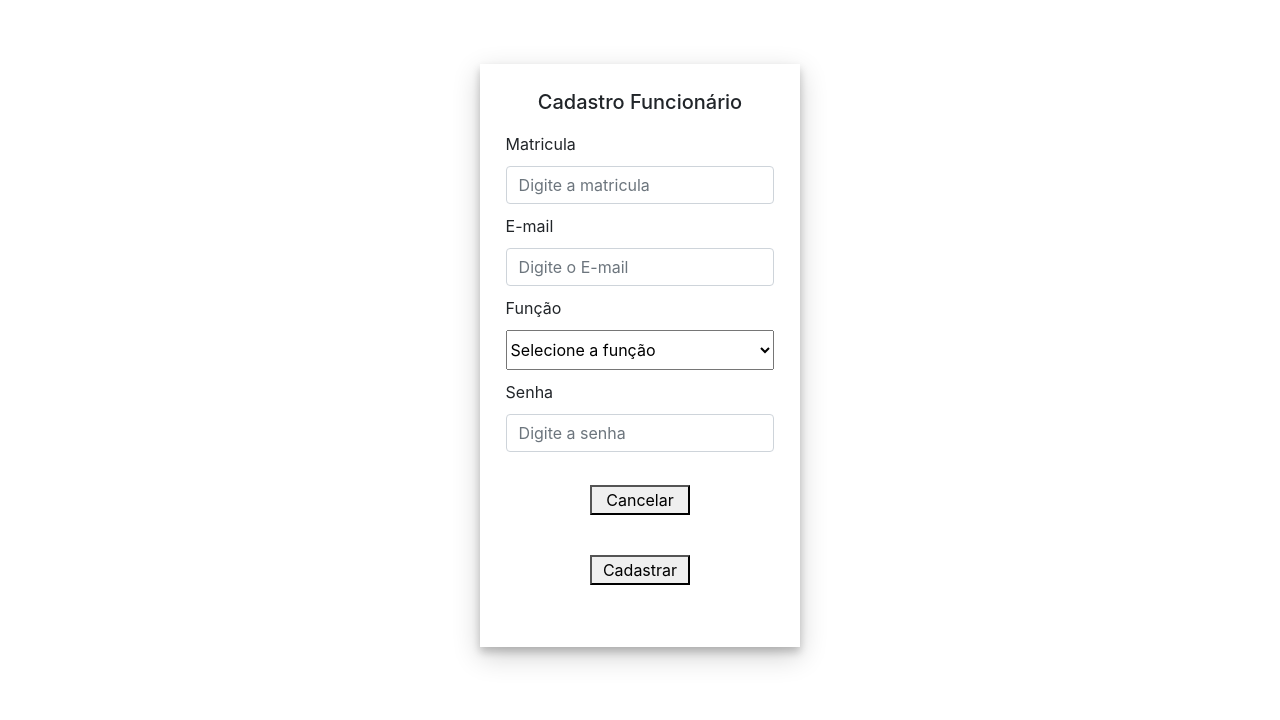
Repository: gabrielfeliphe/AssistenciaTecnica
Page: PI-AssistenciaTecnica/WebContent/pages/adm/funcao/cadastro_funcionario.html
The author's editor kept a copy of each file at every save. The page is drawn from the files as they stood at one save, then again after the next save.
The browser window is 1280 px wide. The pictures show the whole page.

Above is the page before, as saved 2021-11-08 12:54:58.
Console error: TypeError: Cannot read properties of undefined (reading 'fn')

After the next save:
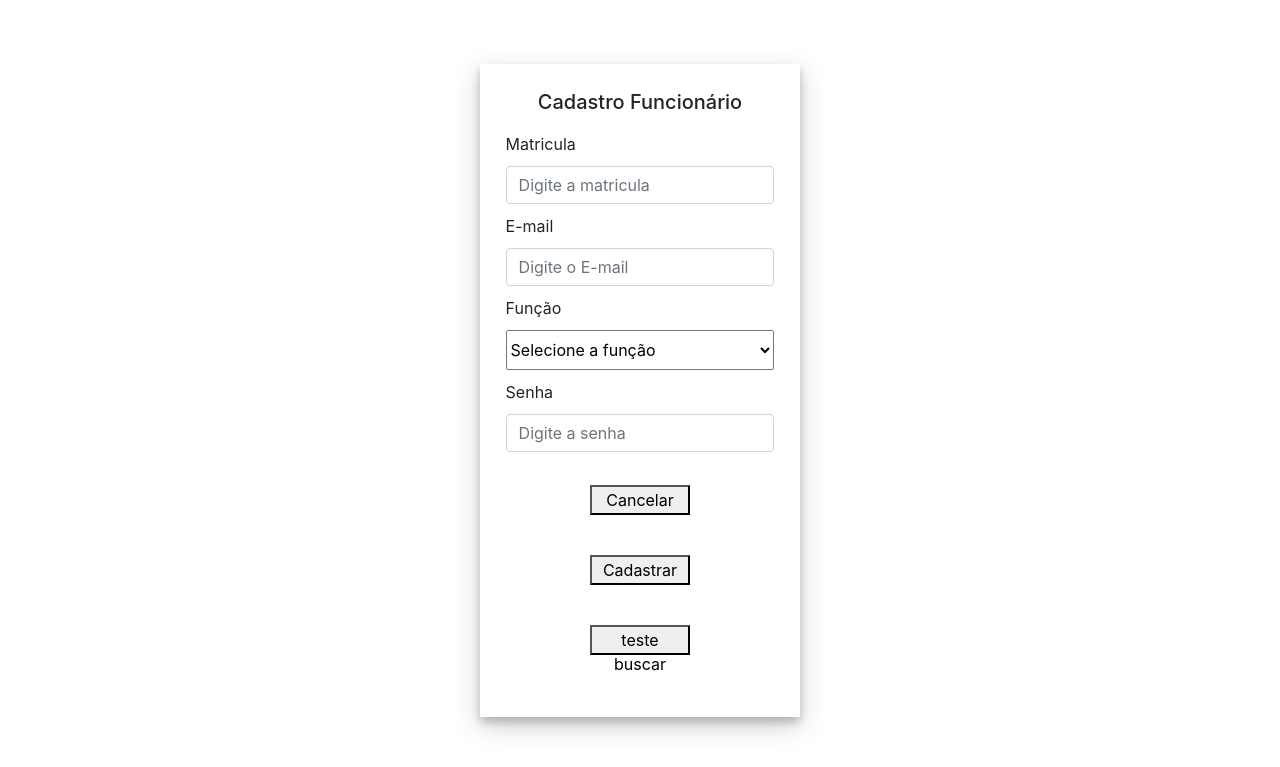
Saved 108 s later.
--- a/PI-AssistenciaTecnica/WebContent/pages/adm/funcao/cadastro_funcionario.html
+++ b/PI-AssistenciaTecnica/WebContent/pages/adm/funcao/cadastro_funcionario.html
@@ -41,6 +41,8 @@
 					<div class="botoes">
 						<button type="reset">Cancelar</button>
 						<button type="button" onclick="BRIQUETE.funcionario.cadastrar()">Cadastrar</button>
+						<button type="button" onclick="BRIQUETE.funcionario.buscar()">teste buscar</button>
+
 					</div>
 
 				</form>
